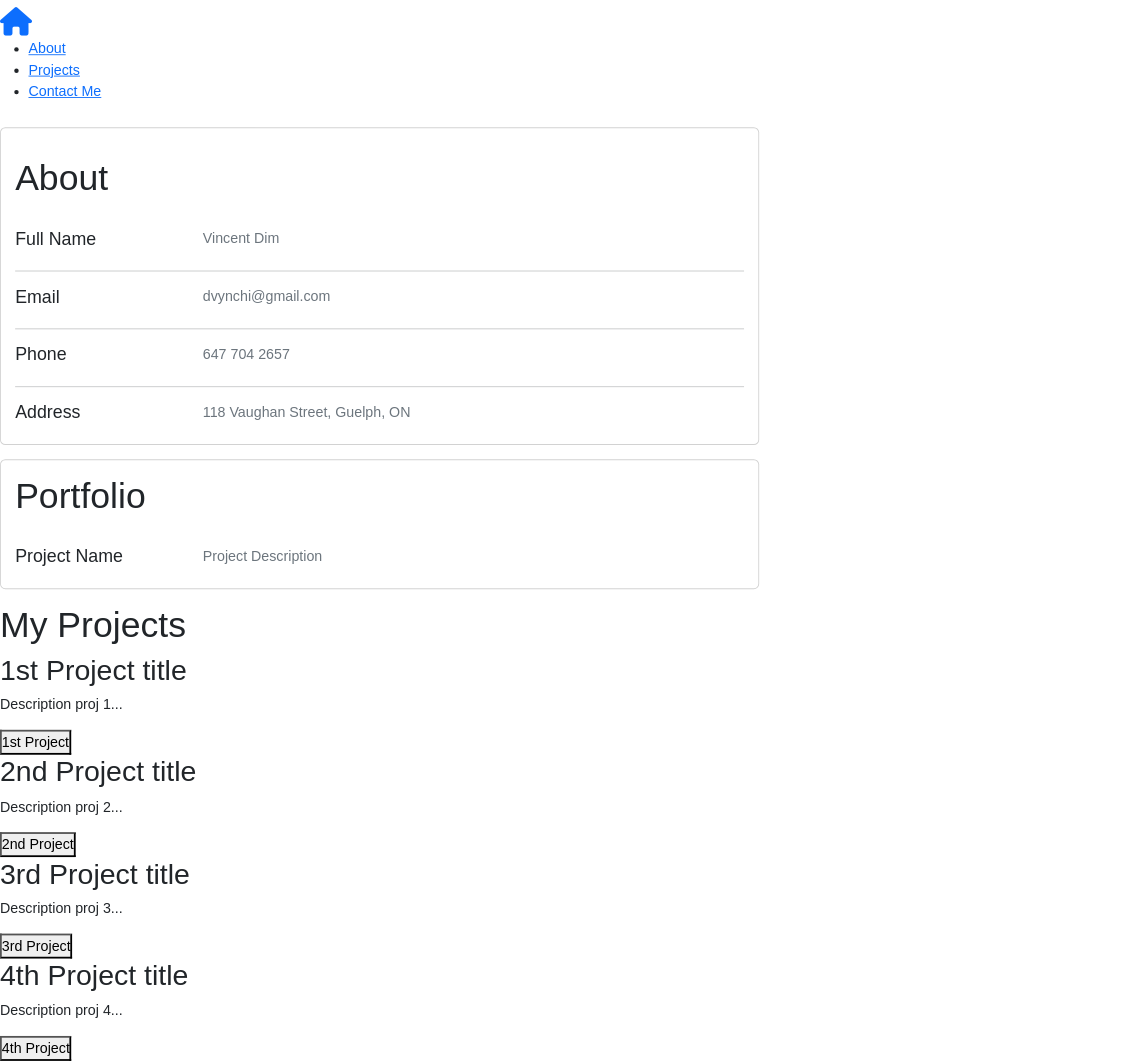
Repository: dvynchi/profile-2022
Page: index.html
These files come from the project's save history. The page is drawn as it stood at one moment and after the next save; the edit follows.
The browser window is 1280 px wide. The pictures show the whole page, at 89% of full size.
Some web libraries are served in a nearby version.

Above is the page before, as saved 2022-08-12 16:54:40.

After the next save:
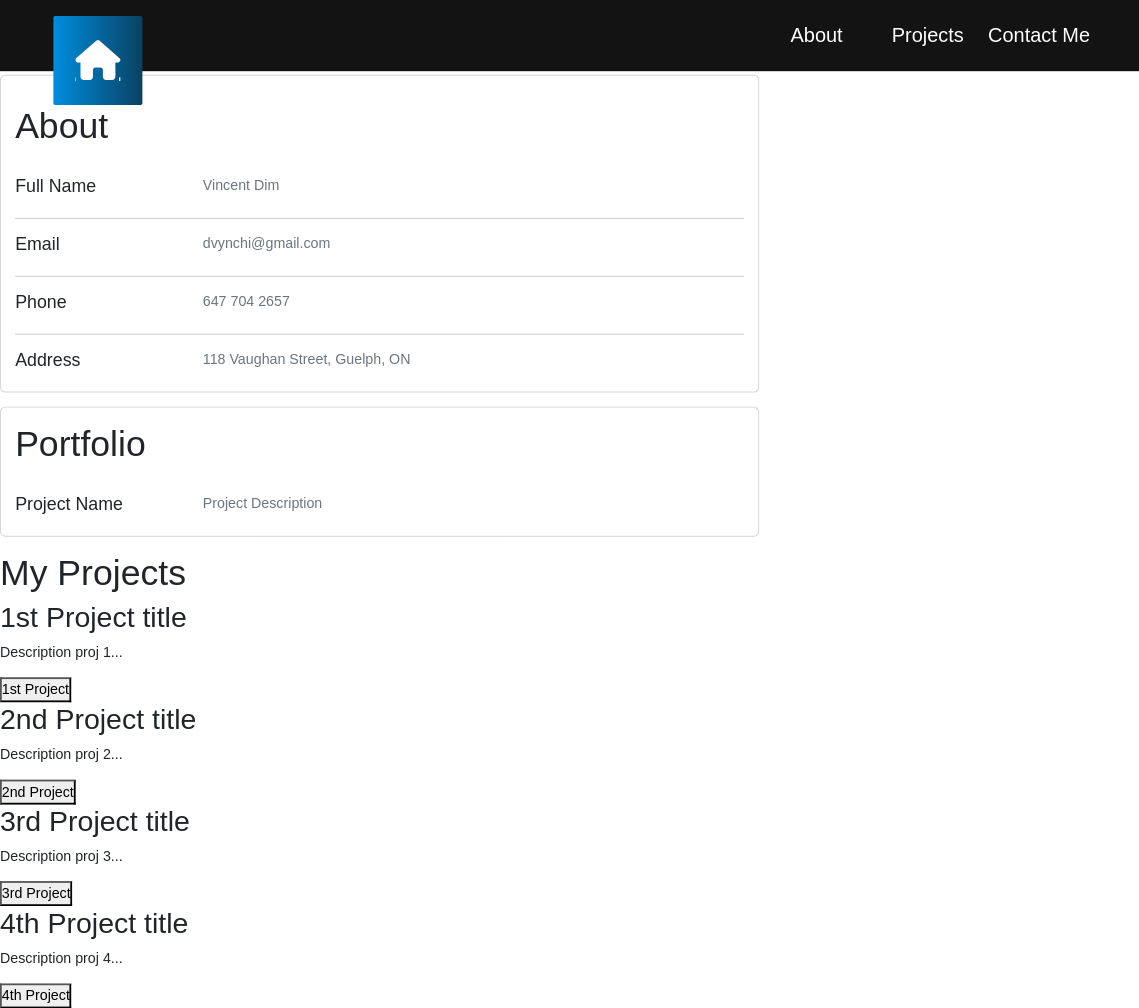
Saved 27 s later.
--- a/styles.css
+++ b/styles.css
@@ -5,3 +5,87 @@
     font-family: 'Kumbh Sans', sans-serif;
     scroll-behavior: smooth;
 }
+
+
+/******************************************* NAVBAR SECTION ***********************************************/
+.navbar
+{
+    background: #131313;   /* Hex code */
+    height: 80px;
+    display: flex;
+    justify-content: center;
+    align-items: center;
+    font-size: 1.4rem;        /* 1.4 x 16px */
+    position: sticky;
+    top: 0;
+    z-index: 999;             /* so navbar is always on top when scrolling - prevents buttons from covering it*/
+}
+
+.navbar_container
+{
+    display: flex;
+    justify-content: space-between;
+    text-align: center;
+    height: 80px;
+    z-index: 1;
+    width: 100%;
+    max-width: 1300px;
+    margin: 0 auto ;           /* (top and bottom) (left and right) */
+    padding: 0 50px;
+}
+
+
+/* id(#) is used to style only one element on the webpage */
+/* class(.) is used to style multiple elements */
+
+
+/* I added a logo as opposed to text */
+
+#navbar_logo
+{
+    margin: 10px;
+    height: 100px;
+    width: 100px;
+    border-radius: 2px;
+    display: flex;
+    flex-direction: column;
+    justify-content: center;
+    color: #fff;
+    background-image: linear-gradient(to right, #008dde 0%, #094262 100%);
+}
+
+.navbar_menu
+{
+    display: flex;
+    align-items: center;
+    list-style: none;
+    /* added margin
+    margin-right: 20rem; */
+}
+
+.navbar_item
+{
+    height: 80px;
+}
+
+.navbar_links
+{
+    color: #fff;
+    display: flex;
+    align-items: center;
+    justify-content: center;
+    width: 125px;
+    text-decoration: none;
+    height: 100%;
+    transition: all 0.3s ease;
+}
+
+/* button properties (if any)*/
+.navbar_btn
+{
+    display: flex;
+    justify-content: center;
+    align-items: center;
+    padding: 0 1rem;
+    width: 100%;
+}
